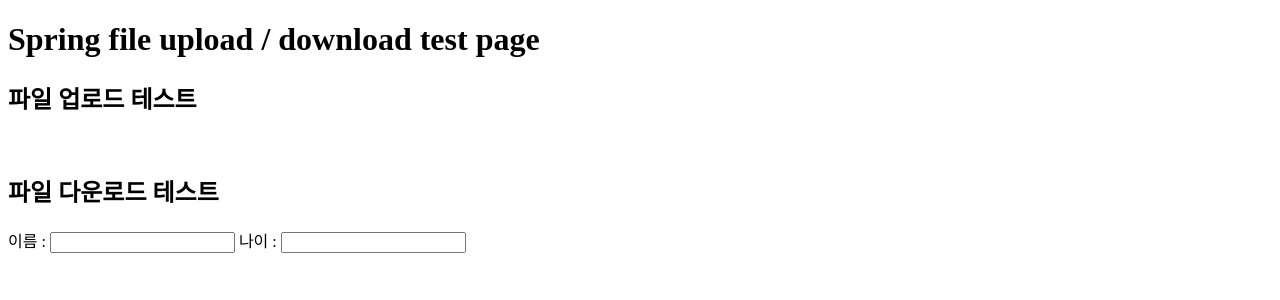
Repository: jeongdoc/KH.S-Class
Page: http://localhost/first/WEB-INF/views/test/testFileUpDown.jsp
The author's editor kept a copy of each file at every save. The page is drawn from the files as they stood at one save, then again after the next save.
The browser window is 1280 px wide. The pictures show the whole page.
The page is served by Tomcat 9. Nobody is signed in. The template is opened directly, without the code that normally fills it, so the values that code supplies are empty.

Above is the page before, as saved 2019-04-22 07:05:01.

After the next save:
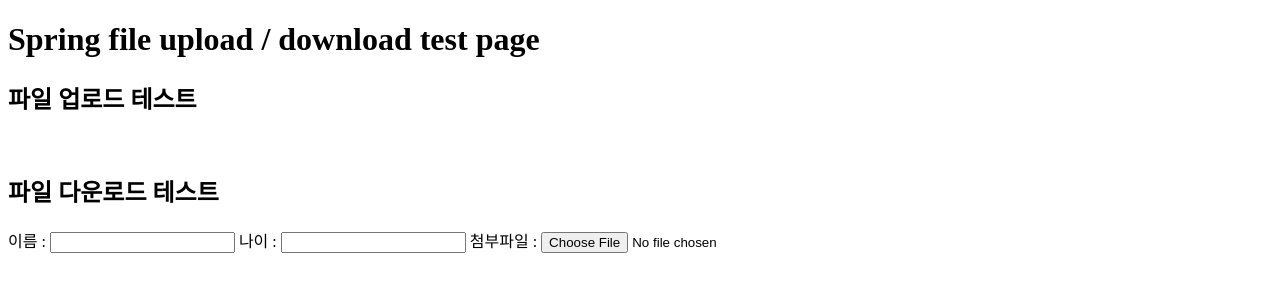
Saved 27 s later.
--- a/framework_space/first/src/main/webapp/WEB-INF/views/test/testFileUpDown.jsp
+++ b/framework_space/first/src/main/webapp/WEB-INF/views/test/testFileUpDown.jsp
@@ -18,5 +18,6 @@
 <h2>파일 다운로드 테스트</h2>
 이름 : <input type='text' name='name' required/>
 나이 : <input type='number'name='age' required/>
+첨부파일 : <input type='file' name='upfile'/>
 </body>
 </html>
